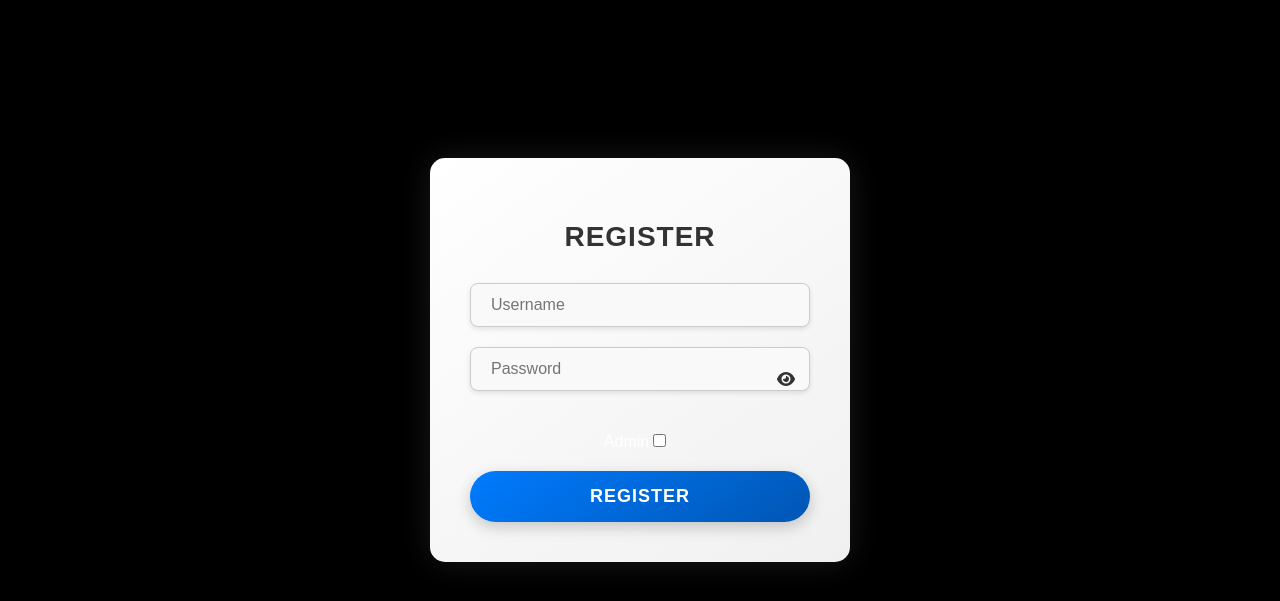
Repository: mdmisri/needy-talk
Page: /register (app in frontend/talk-d1/)
The author's editor kept a copy of each file at every save. The page is drawn from the files as they stood at one save, then again after the next save.
The browser window is 1280 px wide. The pictures show the whole page.
The page's requests for data from a server got no answer. The project was rebuilt for these pictures with package versions that can differ from the ones it lists, and the page was loaded fresh each time. No one was signed in, and anything a server would have sent is missing. Also part of the build but not shown: frontend/talk-d1/src/components/Login/Login.js, frontend/talk-d1/src/conversationUtils.js, frontend/talk-d1/src/hooks/useConversation.js, frontend/talk-d1/src/components/Chat/styles/Message.css, frontend/talk-d1/src/components/Chat/Message.js, frontend/talk-d1/src/components/Chat/ChatBox.js, frontend/talk-d1/src/components/Chat/AdminChatBox.js, frontend/talk-d1/src/components/Chat/AdminSelection.js and 1 more.

Above is the page before, as saved 2024-07-31 01:17:22.

After the next save:
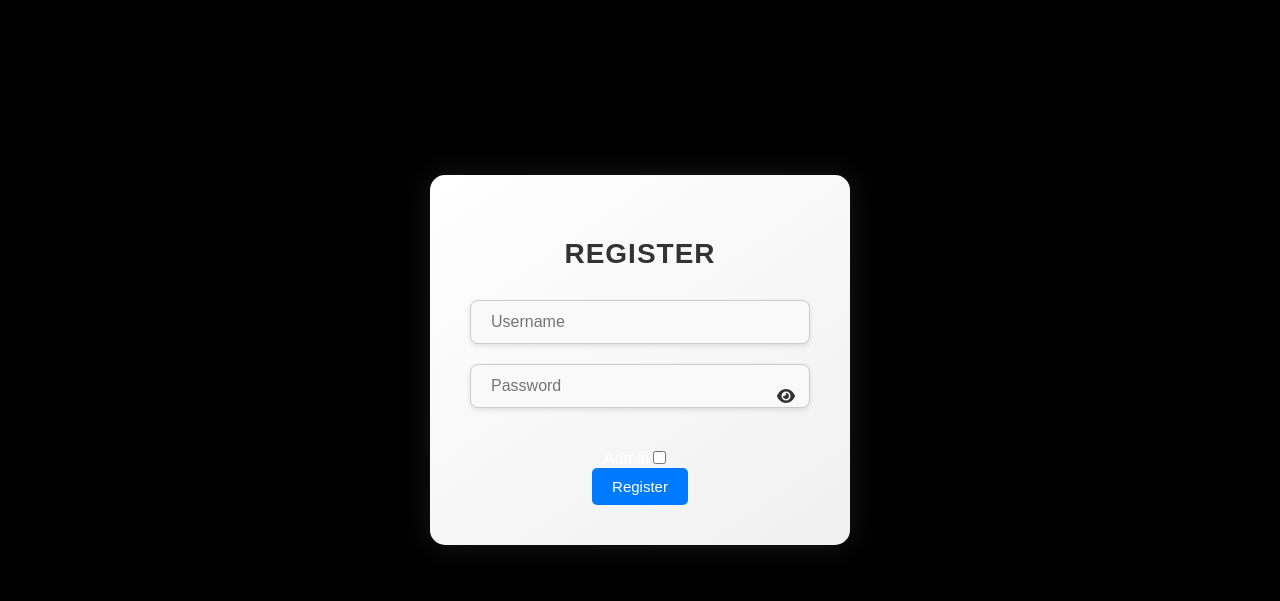
Saved 4 s later.
--- a/frontend/talk-d1/src/components/Register/Register.css
+++ b/frontend/talk-d1/src/components/Register/Register.css
@@ -89,7 +89,7 @@
     margin-right: 10px;
     cursor: pointer;
 } */
-
+.admin-
 
 
 .form-container button {

After the 3 saves that followed:
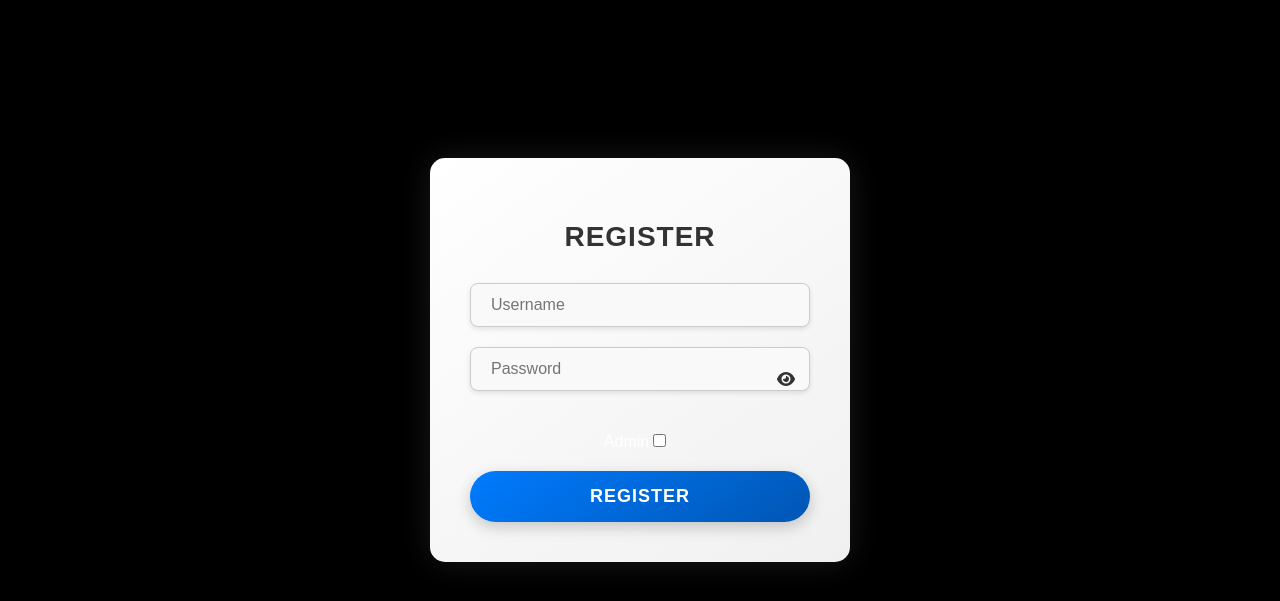
The 3 saves are shown as one change because 1 left the picture as it was and some came seconds apart.
The last was saved 27 s later.
--- a/frontend/talk-d1/src/components/Register/Register.css
+++ b/frontend/talk-d1/src/components/Register/Register.css
@@ -89,7 +89,9 @@
     margin-right: 10px;
     cursor: pointer;
 } */
-.admin-
+.admin-text {
+    color: ;
+}
 
 
 .form-container button {
